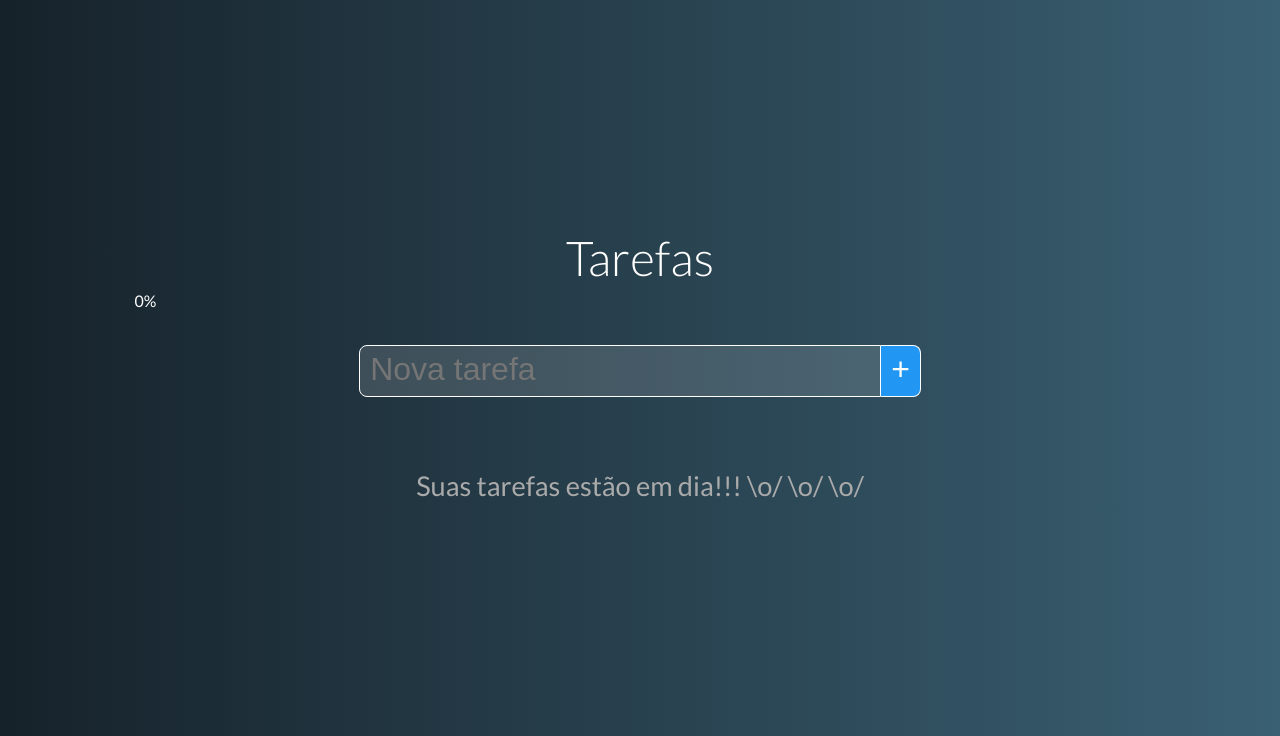
Repository: LucianoBitt/Curso_VueJS
Page: / (app in projeto-02-tarefas/tarefas/)
The author's editor kept a copy of each file at every save. The page is drawn from the files as they stood at one save, then again after the next save.
The browser window is 1280 px wide. The pictures show the whole page.
The project was rebuilt for these pictures with package versions that can differ from the ones it lists, and the page was loaded fresh each time. Also part of the build but not shown: projeto-02-tarefas/tarefas/src/components/Task.vue.

Above is the page before, as saved 2023-12-05 16:43:42.

After the next save:
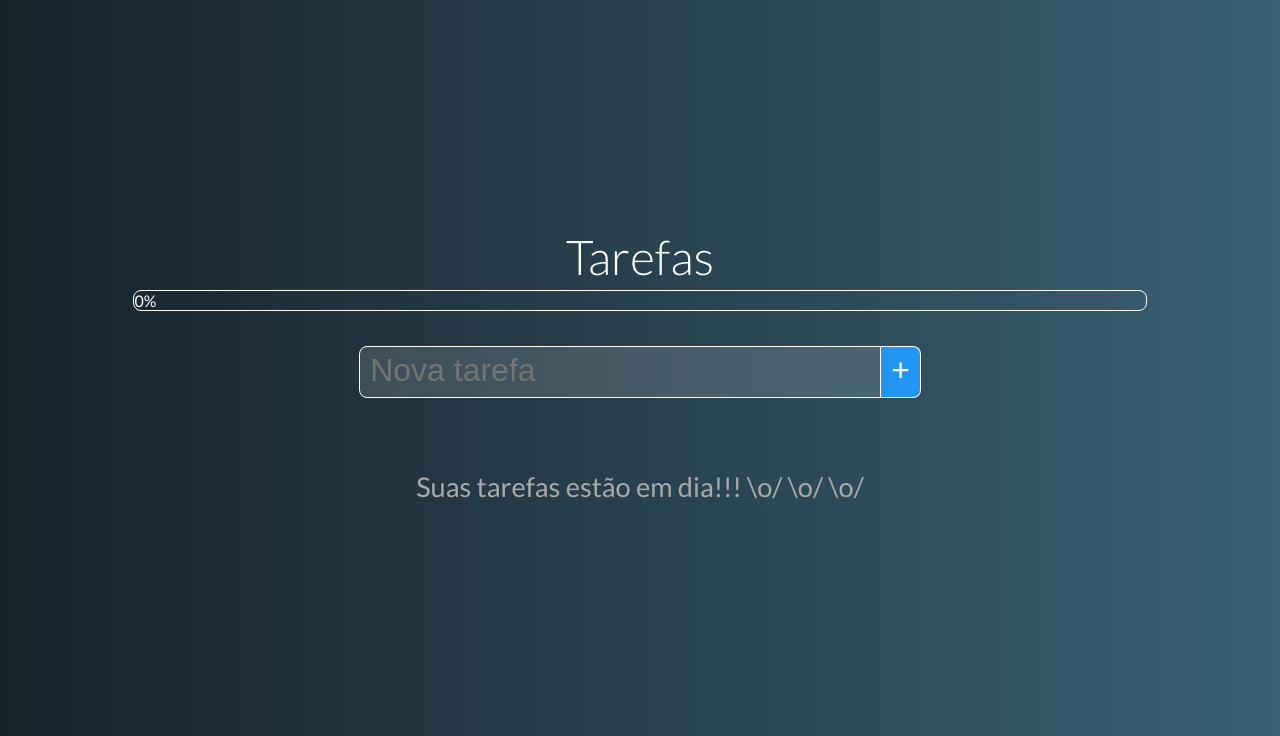
Saved 33 s later.
--- a/projeto-02-tarefas/tarefas/src/components/TasksProgress.vue
+++ b/projeto-02-tarefas/tarefas/src/components/TasksProgress.vue
@@ -17,6 +17,8 @@ export default {
 .tasks-progress {
 	position: relative;
 	width: 80%;
-	border: ;
+	border: 1px solid #FFF;
+	color: #FFF;
+	border-radius: 8px;
 }
 </style>
